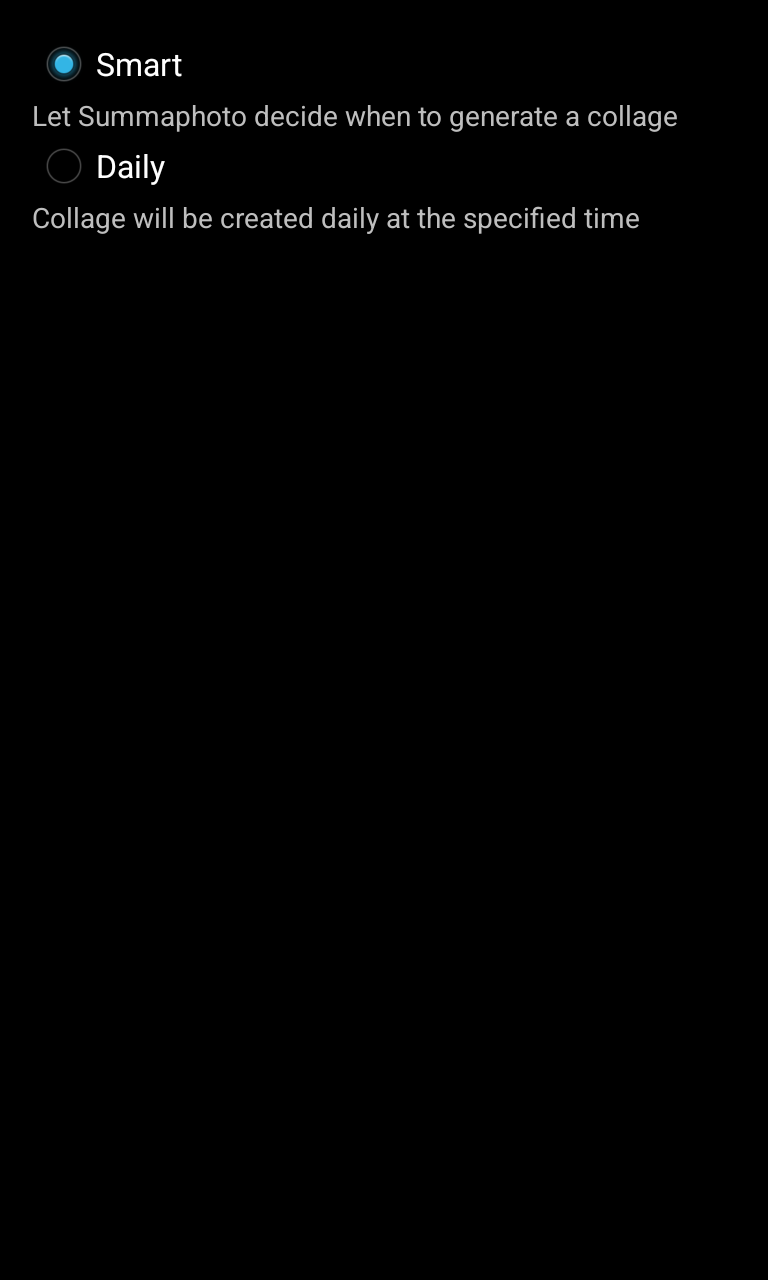
Repository: ulugbekjs/SummaPhoto
Layout: Workshop/res/layout/activity_settings.xml
The author's editor kept a copy of each file at every save. The layout is drawn from the files as they stood at one save, then again after the next save.
It is drawn on a 768 x 1280 px phone screen (xhdpi) without system bars, with theme SummaPhotoTheme; the app's code is not run.

Above is the layout before, as saved 2013-08-12 11:57:12.

After the next save:
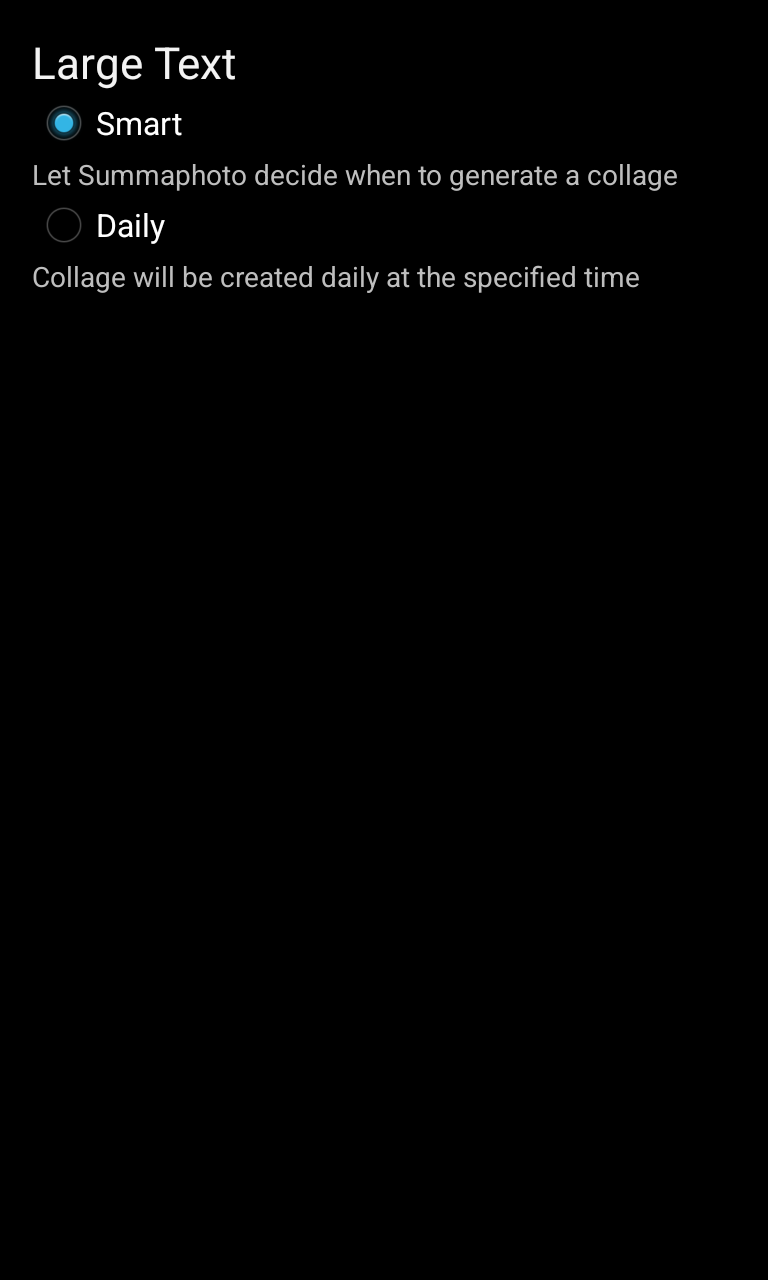
Saved 75 s later.
--- a/Workshop/res/layout/activity_settings.xml
+++ b/Workshop/res/layout/activity_settings.xml
@@ -12,6 +12,16 @@
         android:id="@+id/radioMode"
         android:layout_width="wrap_content"
         android:layout_height="wrap_content" >
+
+          <TextView
+        android:id="@+id/textView1"
+        android:layout_width="wrap_content"
+        android:layout_height="wrap_content"
+        android:layout_alignLeft="@+id/radioMode"
+        android:layout_alignParentTop="true"
+        android:text="Large Text"
+        android:textAppearance="?android:attr/textAppearanceLarge" />
+
 
         <RadioButton
             android:id="@+id/radioSmart"
@@ -34,4 +44,5 @@
         <TextView android:text="@string/DailyDescription" />
     </RadioGroup>
 
+
 </RelativeLayout>
